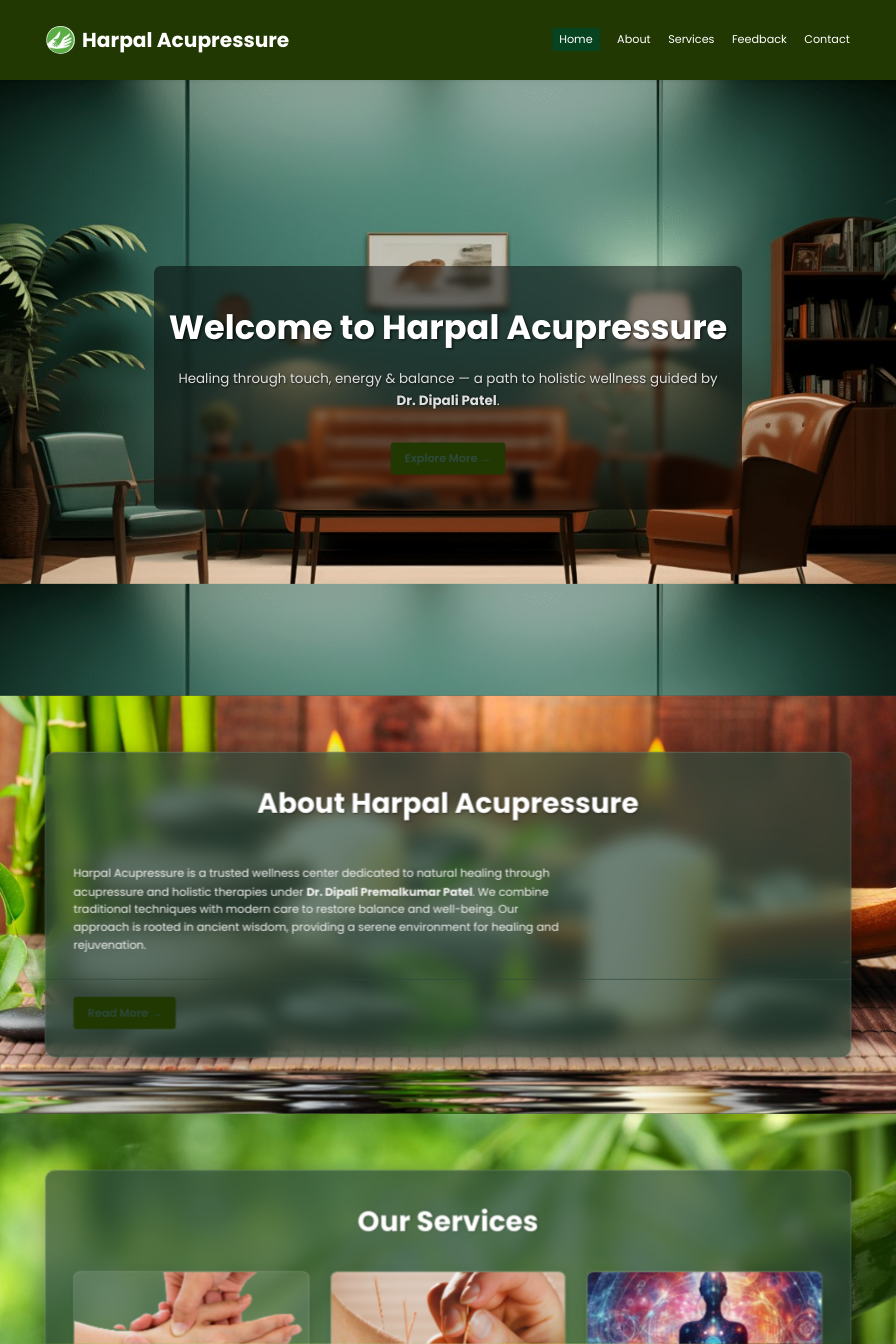
Repository: swasthiik/my-websites
Page: index.html
These files come from the project's save history. The page is drawn as it stood at one moment and after the next save; the edit follows.
The browser window is 1280 px wide. The pictures show the part of the page from y = 0 to 1920 px (the page is 4856 px tall), at 70% of full size.
Backgrounds fixed to the window are drawn as part of the page.

Above is the page before, as saved 2025-10-31 00:33:43.

After the next save:
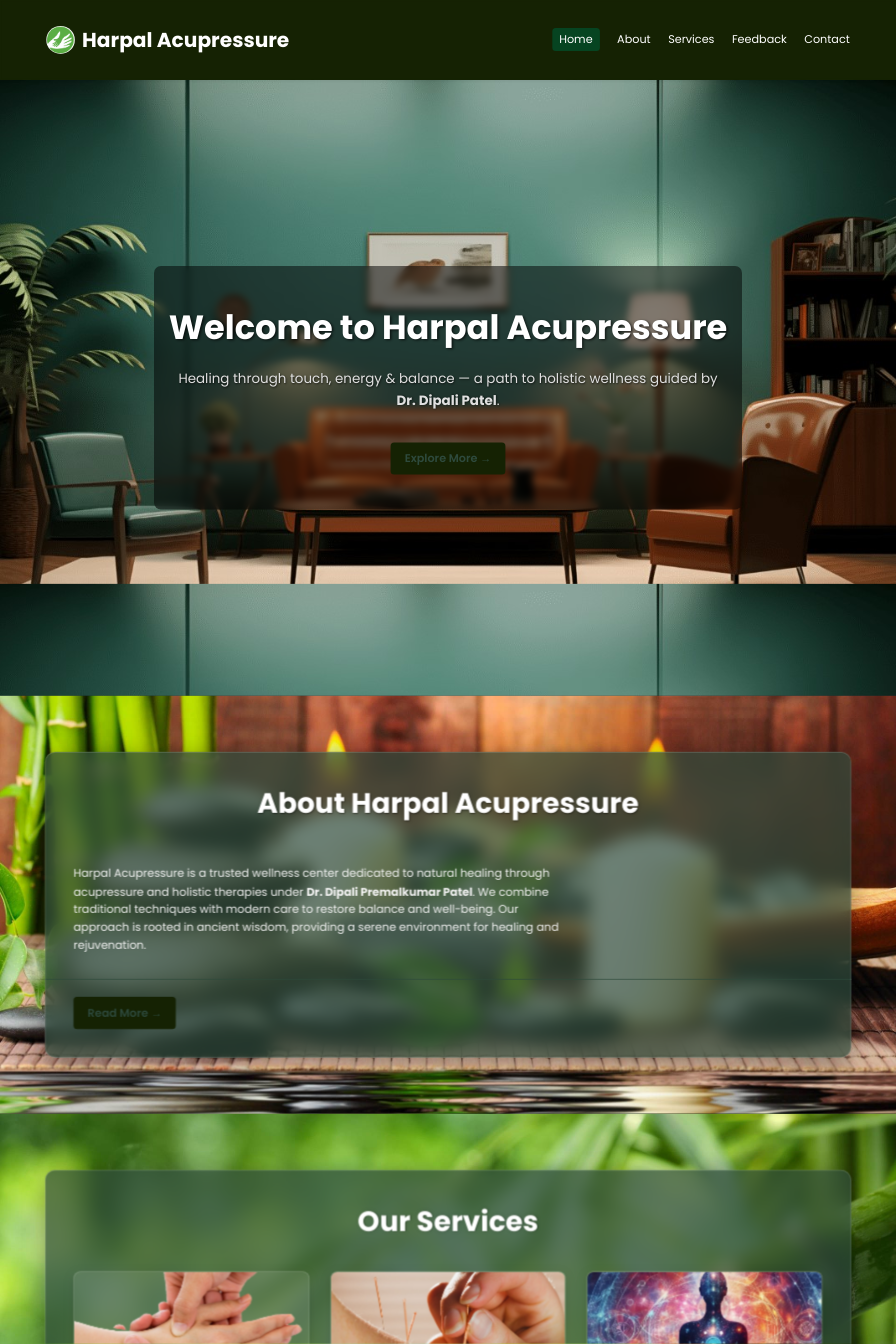
Saved 101 s later.
--- a/style.css
+++ b/style.css
@@ -1,6 +1,6 @@
 /* GENERAL BODY & TYPOGRAPHY */
 :root {
-    --primary-color: #213803; /* A fresh green for primary actions/highlights */
+    --primary-color: #152203; /* A fresh green for primary actions/highlights */
     --secondary-color: #064421; /* A slightly darker green for other highlights */
     --text-color-dark: #333; /* Dark text for light backgrounds */
     --text-color-light: #f4f4f4; /* Light text for dark backgrounds */
